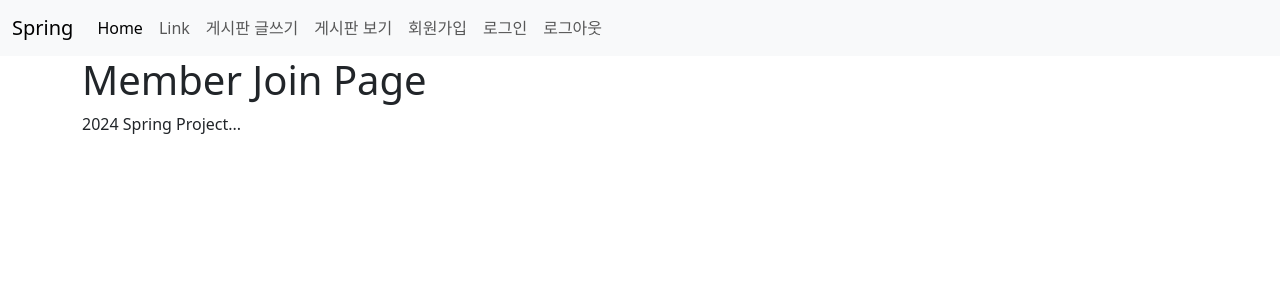
Repository: gajami-kim/240430_Spring_Study
Page: http://localhost/spring_study/WEB-INF/views/member/modify.jsp
The author's editor kept a copy of each file at every save. The page is drawn from the files as they stood at one save, then again after the next save.
The browser window is 1280 px wide. The pictures show the whole page.
The page is served by Tomcat 9. Nobody is signed in. The template is opened directly, without the code that normally fills it, so the values that code supplies are empty.

Above is the page before, as saved 2024-04-25 05:49:18.

After the next save:
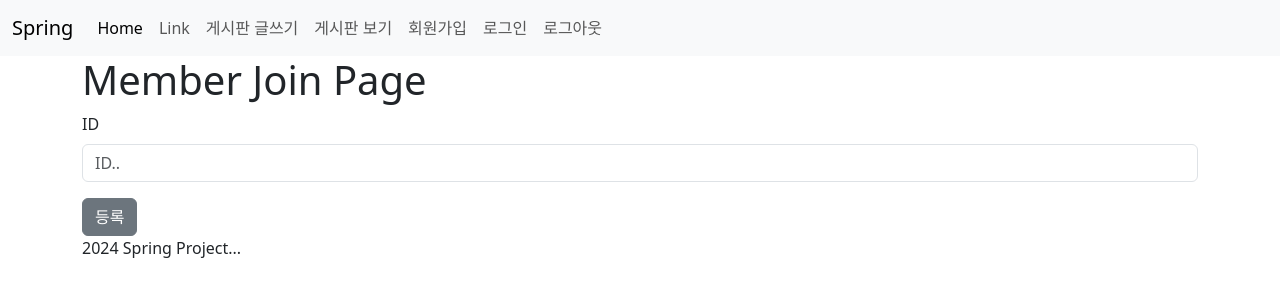
Saved 60 s later.
--- a/spring_study/src/main/webapp/WEB-INF/views/member/modify.jsp
+++ b/spring_study/src/main/webapp/WEB-INF/views/member/modify.jsp
@@ -4,8 +4,13 @@
 
 <div class="container-sm">
 <h1>Member Join Page</h1>
-
-
+	<form action="" method="post">
+		<div class="mb-3">
+		  <label for="i" class="form-label">ID</label>
+		  <input type="text" class="form-control" name="id" id="i" placeholder="ID..">
+		</div>
+		<button type="submit" class="btn btn-secondary">등록</button>
+	</form>
 </div>
 
 <jsp:include page="../layout/footer.jsp" />
